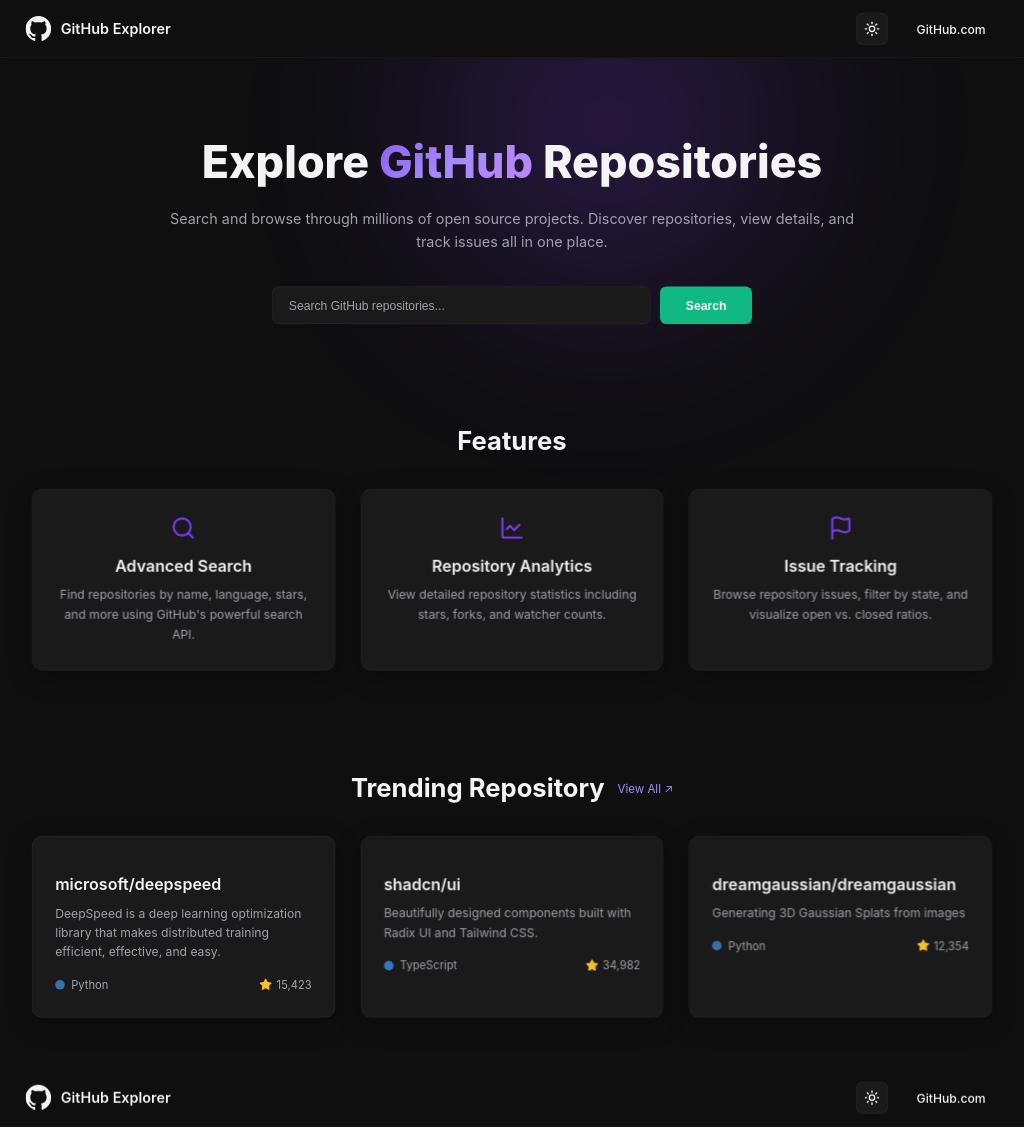
Repository: Tshenolo1994/username-repo
Page: /
The author's editor kept a copy of each file at every save. The page is drawn from the files as they stood at one save, then again after the next save.
The browser window is 1280 px wide. The pictures show the whole page, at 80% of full size.
The project was rebuilt for these pictures with package versions that can differ from the ones it lists, and the page was loaded fresh each time. Also part of the build but not shown: vite.config.ts, src/views/RepoView.vue.

Above is the page before, as saved 2025-10-27 00:58:22.

### index.html
<!doctype html>
<html lang="en">
  <head>
    <meta charset="UTF-8" />
    <link rel="icon" type="image/svg+xml" href="/vite.svg" />
    <meta name="viewport" content="width=device-width, initial-scale=1.0" />
    <title>commit-explorer</title>
  </head>
  <body>
    <div id="app"></div>
    <script type="module" src="/src/main.ts"></script>
  </body>
</html>

### src/main.ts
import { createApp } from 'vue'
import { createPinia } from 'pinia'
import App from './App.vue'
import router from './router'
import './styles/theme.css'

createApp(App)
  .use(createPinia())
  .use(router)
  .mount('#app')

### src/App.vue
<!-- App.vue or Layout.vue -->
<script setup>
import Header from '@/components/Header.vue';
import Footer from '@/components/Footer.vue';
</script>

<template>
  <div id="app">
    <Header />
    <main>
      <router-view />
    </main>
    <Footer />
  </div>
</template>

### src/router/index.ts
import { createRouter, createWebHistory } from 'vue-router'
import HomeView from '@/views/HomeView.vue'
import RepoView from '@/views/RepoView.vue'

const router = createRouter({
  history: createWebHistory(),
  routes: [
    { path: '/', name: 'home', component: HomeView },
    { path: '/repos/:username', name: 'repos', component: RepoView, props: true },
  ],
  scrollBehavior: () => ({ top: 0 }),
})

export default router

### src/styles/theme.css
:root {

    --bg: #0f0f10;
    --bg-elev: #1a1a1b;
    --text: #f4f4f5;
    --muted: #a1a1aa;
    --border: #27272a;
    --link: #7c3aed;
  }


  [data-theme="light"] {
    --bg: #f9fafb;
    --bg-elev: #ffffff;
    --text: #18181b;
    --muted: #52525b;
    --border: #e4e4e7;
    --link: #2563eb;
  }


  html, body, #app {
    margin: 0;
    padding: 0;
    background: var(--bg);
    color: var(--text);
    font-family: 'Inter', system-ui, sans-serif;
    transition: background 0.3s, color 0.3s;
  }


  h1, h2, h3 {
    line-height: 1.2;
    margin: 0;
  }
  p {
    margin: 0.25rem 0 0;
  }


  .card {
    background: var(--bg-elev);
    border: 1px solid var(--border);
    border-radius: 0.75rem;
    padding: 1rem;
    box-shadow: 0 1px 2px rgba(0,0,0,0.15);
  }

### src/components/Header.vue
<script setup lang="ts">
import { Sun, Moon } from 'lucide-vue-next';
import { useTheme } from '@/composables/useTheme';

const { isDark, toggleTheme } = useTheme();
</script>

<template>
  <header class="header">
    <div class="header-content">
      <div class="logo">
        <svg width="32" height="32" viewBox="0 0 16 16" fill="currentColor">
          <path d="M8 0C3.58 0 0 3.58 0 8c0 3.54 2.29 6.53 5.47 7.59.4.07.55-.17.55-.38 0-.19-.01-.82-.01-1.49-2.01.37-2.53-.49-2.69-.94-.09-.23-.48-.94-.82-1.13-.28-.15-.68-.52-.01-.53.63-.01 1.08.58 1.23.82.72 1.21 1.87.87 2.33.66.07-.52.28-.87.51-1.07-1.78-.2-3.64-.89-3.64-3.95 0-.87.31-1.59.82-2.15-.08-.2-.36-1.02.08-2.12 0 0 .67-.21 2.2.82.64-.18 1.32-.27 2-.27.68 0 1.36.09 2 .27 1.53-1.04 2.2-.82 2.2-.82.44 1.1.16 1.92.08 2.12.51.56.82 1.27.82 2.15 0 3.07-1.87 3.75-3.65 3.95.29.25.54.73.54 1.48 0 1.07-.01 1.93-.01 2.2 0 .21.15.46.55.38A8.013 8.013 0 0016 8c0-4.42-3.58-8-8-8z"/>
        </svg>
        <span class="logo-text">GitHub Explorer</span>
      </div>

      <nav class="nav">
        <button @click="toggleTheme" class="theme-toggle" :aria-label="isDark ? 'Switch to light mode' : 'Switch to dark mode'">
          <Sun v-if="isDark" :size="20" />
          <Moon v-else :size="20" />
        </button>
        <a href="https://github.com" target="_blank" rel="noreferrer" class="github-link">
          GitHub.com
        </a>
      </nav>
    </div>
  </header>
</template>

<style scoped>
.header {
  background: var(--bg);
  border-bottom: 1px solid var(--border);
  padding: 1rem 2rem;
  position: sticky;
  top: 0;
  z-index: 100;
  backdrop-filter: blur(8px);
  transition: background 0.3s, border-color 0.3s;
}

.header-content {
  max-width: 1400px;
  margin: 0 auto;
  display: flex;
  justify-content: space-between;
  align-items: center;
}

.logo {
  display: flex;
  align-items: center;
  gap: 0.75rem;
  color: var(--text);
  font-weight: 600;
  font-size: 1.125rem;
  cursor: pointer;
  transition: color 0.2s;
}

.logo:hover {
  color: var(--link);
}

.logo svg {
  flex-shrink: 0;
}

.logo-text {
  font-weight: 600;
}

.nav {
  display: flex;
  align-items: center;
  gap: 1.25rem;
}

.theme-toggle {
  background: var(--bg-elev);
  border: 1px solid var(--border);
  border-radius: 8px;
  width: 40px;
  height: 40px;
  display: flex;
  align-items: center;
  justify-content: center;
  cursor: pointer;
  color: var(--text);
  transition: all 0.2s;
}

.theme-toggle:hover {
  background: var(--border);
  transform: rotate(15deg);
}

.github-link {
  color: var(--text);
  text-decoration: none;
  font-size: 0.95rem;
  font-weight: 500;
  padding: 0.5rem 1rem;
  border-radius: 6px;
  transition: all 0.2s;
}

.github-link:hover {
  color: var(--link);
  background: var(--bg-elev);
}

@media (max-width: 640px) {
  .header {
    padding: 1rem;
  }

  .logo-text {
    display: none;
  }
}
</style>

### src/components/Footer.vue
<script setup lang="ts">
import { Sun, Moon } from 'lucide-vue-next';
import { useTheme } from '@/composables/useTheme';

const { isDark, toggleTheme } = useTheme();
</script>

<template>
  <header class="header">
    <div class="header-content">
      <div class="logo">
        <svg width="32" height="32" viewBox="0 0 16 16" fill="currentColor">
          <path d="M8 0C3.58 0 0 3.58 0 8c0 3.54 2.29 6.53 5.47 7.59.4.07.55-.17.55-.38 0-.19-.01-.82-.01-1.49-2.01.37-2.53-.49-2.69-.94-.09-.23-.48-.94-.82-1.13-.28-.15-.68-.52-.01-.53.63-.01 1.08.58 1.23.82.72 1.21 1.87.87 2.33.66.07-.52.28-.87.51-1.07-1.78-.2-3.64-.89-3.64-3.95 0-.87.31-1.59.82-2.15-.08-.2-.36-1.02.08-2.12 0 0 .67-.21 2.2.82.64-.18 1.32-.27 2-.27.68 0 1.36.09 2 .27 1.53-1.04 2.2-.82 2.2-.82.44 1.1.16 1.92.08 2.12.51.56.82 1.27.82 2.15 0 3.07-1.87 3.75-3.65 3.95.29.25.54.73.54 1.48 0 1.07-.01 1.93-.01 2.2 0 .21.15.46.55.38A8.013 8.013 0 0016 8c0-4.42-3.58-8-8-8z"/>
        </svg>
        <span class="logo-text">GitHub Explorer</span>
      </div>

      <nav class="nav">
        <button @click="toggleTheme" class="theme-toggle" :aria-label="isDark ? 'Switch to light mode' : 'Switch to dark mode'">
          <Sun v-if="isDark" :size="20" />
          <Moon v-else :size="20" />
        </button>
        <a href="https://github.com" target="_blank" rel="noreferrer" class="github-link">
          GitHub.com
        </a>
      </nav>
    </div>
  </header>
</template>

<style scoped>
.header {
  background: var(--bg);
  border-bottom: 1px solid var(--border);
  padding: 1rem 2rem;
  position: sticky;
  top: 0;
  z-index: 100;
  backdrop-filter: blur(8px);
  transition: background 0.3s, border-color 0.3s;
}

.header-content {
  max-width: 1400px;
  margin: 0 auto;
  display: flex;
  justify-content: space-between;
  align-items: center;
}

.logo {
  display: flex;
  align-items: center;
  gap: 0.75rem;
  color: var(--text);
  font-weight: 600;
  font-size: 1.125rem;
  cursor: pointer;
  transition: color 0.2s;
}

.logo:hover {
  color: var(--link);
}

.logo svg {
  flex-shrink: 0;
}

.logo-text {
  font-weight: 600;
}

.nav {
  display: flex;
  align-items: center;
  gap: 1.25rem;
}

.theme-toggle {
  background: var(--bg-elev);
  border: 1px solid var(--border);
  border-radius: 8px;
  width: 40px;
  height: 40px;
  display: flex;
  align-items: center;
  justify-content: center;
  cursor: pointer;
  color: var(--text);
  transition: all 0.2s;
}

.theme-toggle:hover {
  background: var(--border);
  transform: rotate(15deg);
}

.github-link {
  color: var(--text);
  text-decoration: none;
  font-size: 0.95rem;
  font-weight: 500;
  padding: 0.5rem 1rem;
  border-radius: 6px;
  transition: all 0.2s;
}

.github-link:hover {
  color: var(--link);
  background: var(--bg-elev);
}

@media (max-width: 640px) {
  .header {
    padding: 1rem;
  }

  .logo-text {
    display: none;
  }
}
</style>

### src/views/HomeView.vue
<script setup lang="ts">
import { ref } from "vue";
import { useRouter } from "vue-router";
import { Search, LineChart, Flag } from "lucide-vue-next";

// sample trending repos
const trendingRepos = ref([
  {
    id: 1,
    name: "microsoft/deepspeed",
    stars: 15423,
    description:
      "DeepSpeed is a deep learning optimization library that makes distributed training efficient, effective, and easy.",
    language: "Python",
  },
  {
    id: 2,
    name: "shadcn/ui",
    stars: 34982,
    description:
      "Beautifully designed components built with Radix UI and Tailwind CSS.",
    language: "TypeScript",
  },
  {
    id: 3,
    name: "dreamgaussian/dreamgaussian",
    stars: 12354,
    description: "Generating 3D Gaussian Splats from images",
    language: "Python",
  },
]);

const router = useRouter();
const username = ref("");

function search() {
  if (username.value.trim()) {
    router.push(`/repos/${username.value.trim()}`);
  }
}

function getLangColor(lang: string): string {
  const colors: Record<string, string> = {
    JavaScript: "#f1e05a",
    TypeScript: "#3178c6",
    Python: "#3572A5",
    Java: "#b07219",
    Go: "#00ADD8",
    Ruby: "#701516",
  };
  return colors[lang] || "#6e7681";
}
</script>

<template>
  <div class="home-page">
    <div class="gradient-ball"></div>

    <!-- Hero Section -->
    <section class="hero">
      <div class="hero-content">
        <h1 class="hero-title">
          Explore <span class="gradient-text">GitHub</span> Repositories
        </h1>
        <p class="hero-sub">
          Search and browse through millions of open source projects. Discover
          repositories, view details, and track issues all in one place.
        </p>

        <div class="search-box">
          <input
            v-model="username"
            placeholder="Search GitHub repositories..."
            class="search-input"
          />
          <button @click="search" class="search-btn">Search</button>
        </div>
      </div>
    </section>

    <!-- Features -->
    <section class="section">
      <div class="section-header">
        <h2>Features</h2>
      </div>

      <div class="grid">
        <div class="card glass">
          <Search class="icon" :size="32" />
          <h3>Advanced Search</h3>
          <p>
            Find repositories by name, language, stars, and more using GitHub's powerful search API.
          </p>
        </div>

        <div class="card glass">
          <LineChart class="icon" :size="32" />
          <h3>Repository Analytics</h3>
          <p>
            View detailed repository statistics including stars, forks, and watcher counts.
          </p>
        </div>

        <div class="card glass">
          <Flag class="icon" :size="32" />
          <h3>Issue Tracking</h3>
          <p>
            Browse repository issues, filter by state, and visualize open vs. closed ratios.
          </p>
        </div>
      </div>
    </section>

    <!-- Trending -->
    <section class="section">
      <div class="section-header">
        <h2>Trending Repository</h2>
        <a
          href="https://github.com/trending"
          target="_blank"
          rel="noreferrer"
          class="view-all"
        >
          View All ↗
        </a>
      </div>

      <div class="grid">
        <div
          v-for="repo in trendingRepos"
          :key="repo.id"
          class="card glass repo-card"
        >
          <h3 class="repo-name">{{ repo.name }}</h3>
          <p class="repo-desc">{{ repo.description }}</p>
          <div class="repo-meta">
            <div class="lang">
              <span
                class="dot"
                :style="{ backgroundColor: getLangColor(repo.language) }"
              ></span>
              <span>{{ repo.language }}</span>
            </div>
            <div class="stars">
              <svg
                class="star"
                fill="currentColor"
                viewBox="0 0 16 16"
              >
                <path
                  d="M8 .25a.75.75 0 01.673.418l1.882 3.815 4.21.612a.75.75 0 01.416 1.279l-3.046 2.97.719 4.192a.75.75 0 01-1.088.791L8 12.347l-3.766 1.98a.75.75 0 01-1.088-.79l.72-4.194L.818 6.374a.75.75 0 01.416-1.28l4.21-.611L7.327.668A.75.75 0 018 .25z"
                />
              </svg>
              {{ repo.stars.toLocaleString() }}
            </div>
          </div>
        </div>
      </div>
    </section>
  </div>
</template>

<style scoped>
.home-page {
  background: var(--bg);
  color: var(--text);
  min-height: 100vh;
  width: 100%;
  overflow-x: hidden;
  position: relative;
  transition: background 0.3s, color 0.3s;
}

.gradient-ball {
  position: absolute;
  top: -200px;
  left: 50%;
  transform: translateX(-50%);
  width: 600px;
  height: 600px;
  border-radius: 50%;
  background: radial-gradient(circle at center, var(--link) 0%, rgba(124, 58, 237, 0.6) 30%, transparent 70%);
  opacity: 0.3;
  filter: blur(100px);
  z-index: 0;
  animation: float 20s ease-in-out infinite;
  transition: background 0.3s;
}

@keyframes float {
  0%, 100% {
    transform: translate(-50%, 0) scale(1);
  }
  25% {
    transform: translate(-30%, -20px) scale(1.1);
  }
  50% {
    transform: translate(-70%, 20px) scale(0.9);
  }
  75% {
    transform: translate(-40%, -10px) scale(1.05);
  }
}

/* Hero Section */
.hero {
  padding: 6rem 2rem 4rem;
  position: relative;
  z-index: 10;
}

.hero-content {
  max-width: 900px;
  margin: 0 auto;
  text-align: center;
}

.hero-title {
  font-size: 3.5rem;
  font-weight: 800;
  margin-bottom: 1.5rem;
  line-height: 1.2;
}

.gradient-text {
  background: linear-gradient(135deg, #8b5cf6 0%, #a78bfa 50%, #c084fc 100%);
  -webkit-background-clip: text;
  -webkit-text-fill-color: transparent;
  background-clip: text;
}

.hero-sub {
  color: var(--muted);
  font-size: 1.125rem;
  margin-bottom: 2.5rem;
  line-height: 1.6;
}

.search-box {
  display: flex;
  justify-content: center;
  gap: 0.75rem;
  max-width: 600px;
  margin: 0 auto;
}

.search-input {
  padding: 0.875rem 1.25rem;
  border-radius: 8px;
  flex: 1;
  background: var(--bg-elev);
  color: var(--text);
  border: 1px solid var(--border);
  font-size: 0.95rem;
  transition: all 0.2s;
}

.search-input:focus {
  outline: none;
  border-color: var(--link);
  background: var(--bg-elev);
}

.search-input::placeholder {
  color: var(--muted);
}

.search-btn {
  background: #10b981;
  color: white;
  padding: 0.875rem 2rem;
  border-radius: 8px;
  font-weight: 600;
  cursor: pointer;
  border: none;
  font-size: 0.95rem;
  transition: all 0.2s;
}

.search-btn:hover {
  background: #059669;
  transform: translateY(-1px);
}

/* Shared Section Styling */
.section {
  padding: 4rem 2rem;
  position: relative;
  z-index: 10;
}

.section-header {
  display: flex;
  align-items: center;
  justify-content: center;
  gap: 1rem;
  margin-bottom: 2.5rem;
}

.section-header h2 {
  font-size: 2rem;
  font-weight: 700;
  color: var(--text);
}

.view-all {
  color: #a78bfa;
  font-size: 0.9rem;
  text-decoration: none;
  display: flex;
  align-items: center;
  gap: 0.25rem;
  transition: all 0.2s;
}

.view-all:hover {
  color: #c084fc;
  transform: translateX(2px);
}

/* Grid + Cards */
.grid {
  display: grid;
  grid-template-columns: repeat(3, 1fr);
  gap: 2rem;
  max-width: 1200px;
  margin: 0 auto;
}

@media (max-width: 980px) {
  .grid {
    grid-template-columns: 1fr;
  }
  .hero-title {
    font-size: 2.5rem;
  }
}

.card {
  padding: 2rem 1.75rem;
  border-radius: 12px;
  text-align: center;
  transition: all 0.3s ease;
}

.card:hover {
  transform: translateY(-6px);
}

/* Glass look */
.glass {
  background: var(--bg-elev);
  border: 1px solid var(--border);
  backdrop-filter: blur(12px);
  box-shadow: 0 8px 32px rgba(0, 0, 0, 0.3);
}

.card h3 {
  font-size: 1.25rem;
  font-weight: 600;
  margin: 1rem 0 0.75rem;
  color: var(--text);
}

.card p {
  color: var(--muted);
  font-size: 0.95rem;
  line-height: 1.6;
}

.icon {
  color: var(--link);
  margin: 0 auto;
}

/* Trending Repo cards */
.repo-card {
  text-align: left;
}

.repo-name {
  color: var(--link);
  font-weight: 600;
  font-size: 1.1rem;
  margin: 0 0 0.75rem 0;
  transition: color 0.2s;
}

.repo-card:hover .repo-name {
  color: var(--link);
  opacity: 0.8;
}

.repo-desc {
  color: var(--muted);
  font-size: 0.9rem;
  margin-bottom: 1.25rem;
  line-height: 1.5;
}

.repo-meta {
  display: flex;
  justify-content: space-between;
  align-items: center;
  font-size: 0.875rem;
  color: var(--muted);
}

.lang {
  display: flex;
  align-items: center;
}

.dot {
  display: inline-block;
  width: 12px;
  height: 12px;
  border-radius: 50%;
  margin-right: 0.5rem;
}

.stars {
  display: flex;
  align-items: center;
  gap: 0.35rem;
}

.star {
  width: 16px;
  height: 16px;
  color: #fbbf24;
}
</style>

### src/composables/useTheme.ts

import { ref, onMounted, watch } from 'vue';

const isDark = ref(true);

export function useTheme() {
  const toggleTheme = () => {
    isDark.value = !isDark.value;
    updateTheme();
  };

  const updateTheme = () => {
    if (isDark.value) {
      document.documentElement.removeAttribute('data-theme');
      localStorage.setItem('theme', 'dark');
    } else {
      document.documentElement.setAttribute('data-theme', 'light');
      localStorage.setItem('theme', 'light');
    }
  };

  const initTheme = () => {
    const savedTheme = localStorage.getItem('theme');
    if (savedTheme) {
      isDark.value = savedTheme === 'dark';
    } else {
      isDark.value = true;
    }
    updateTheme();
  };

  onMounted(() => {
    initTheme();
  });

  watch(isDark, updateTheme);

  return {
    isDark,
    toggleTheme,
  };
}
// import { ref, onMounted } from 'vue'

// type Theme = 'light' | 'dark'
// const KEY = 'commit-explorer:theme'
// const theme = ref<Theme>('dark')

// function apply(t: Theme) {
//   document.documentElement.dataset.theme = t
// }

// export function useTheme() {
//   onMounted(() => {
//     const saved = (localStorage.getItem(KEY) as Theme | null)
//     if (saved === 'light' || saved === 'dark') theme.value = saved
//     else if (window.matchMedia('(prefers-color-scheme: light)').matches)
//       theme.value = 'light'
//     apply(theme.value)
//   })
//   function toggleTheme() {
//     theme.value = theme.value === 'dark' ? 'light' : 'dark'
//     localStorage.setItem(KEY, theme.value)
//     apply(theme.value)
//   }
//   return { theme, toggleTheme }
// }

After the next save:
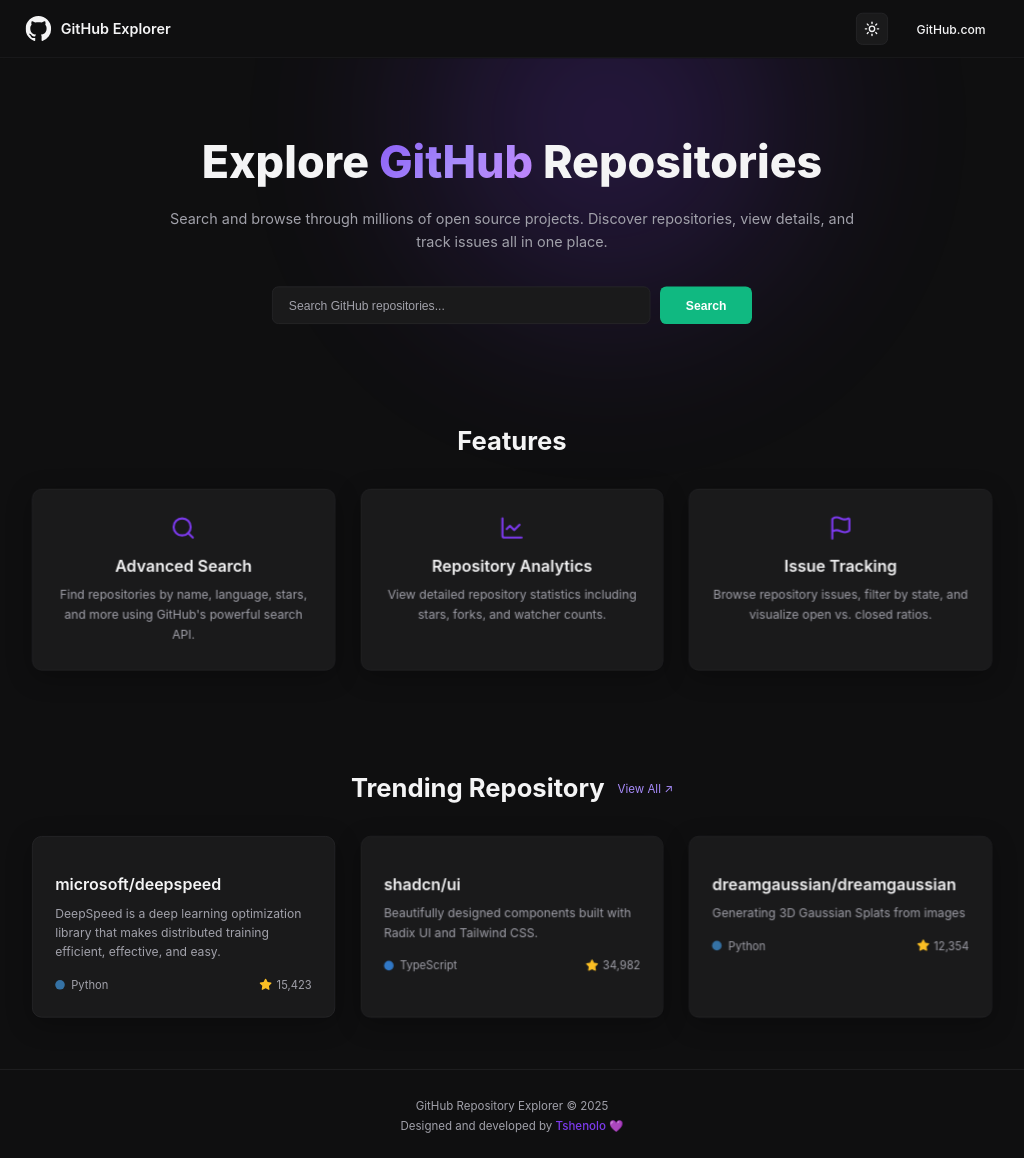
Saved 2 min 0 s later.
--- a/src/components/Footer.vue
+++ b/src/components/Footer.vue
@@ -1,123 +1,66 @@
 <script setup lang="ts">
-import { Sun, Moon } from 'lucide-vue-next';
-import { useTheme } from '@/composables/useTheme';
-
-const { isDark, toggleTheme } = useTheme();
+const currentYear = new Date().getFullYear();
 </script>
 
 <template>
-  <header class="header">
-    <div class="header-content">
-      <div class="logo">
-        <svg width="32" height="32" viewBox="0 0 16 16" fill="currentColor">
-          <path d="M8 0C3.58 0 0 3.58 0 8c0 3.54 2.29 6.53 5.47 7.59.4.07.55-.17.55-.38 0-.19-.01-.82-.01-1.49-2.01.37-2.53-.49-2.69-.94-.09-.23-.48-.94-.82-1.13-.28-.15-.68-.52-.01-.53.63-.01 1.08.58 1.23.82.72 1.21 1.87.87 2.33.66.07-.52.28-.87.51-1.07-1.78-.2-3.64-.89-3.64-3.95 0-.87.31-1.59.82-2.15-.08-.2-.36-1.02.08-2.12 0 0 .67-.21 2.2.82.64-.18 1.32-.27 2-.27.68 0 1.36.09 2 .27 1.53-1.04 2.2-.82 2.2-.82.44 1.1.16 1.92.08 2.12.51.56.82 1.27.82 2.15 0 3.07-1.87 3.75-3.65 3.95.29.25.54.73.54 1.48 0 1.07-.01 1.93-.01 2.2 0 .21.15.46.55.38A8.013 8.013 0 0016 8c0-4.42-3.58-8-8-8z"/>
-        </svg>
-        <span class="logo-text">GitHub Explorer</span>
-      </div>
-
-      <nav class="nav">
-        <button @click="toggleTheme" class="theme-toggle" :aria-label="isDark ? 'Switch to light mode' : 'Switch to dark mode'">
-          <Sun v-if="isDark" :size="20" />
-          <Moon v-else :size="20" />
-        </button>
-        <a href="https://github.com" target="_blank" rel="noreferrer" class="github-link">
-          GitHub.com
-        </a>
-      </nav>
+  <footer class="footer">
+    <div class="footer-content">
+      <p class="footer-text">
+        GitHub Repository Explorer © {{ currentYear }}
+      </p>
+      <p class="footer-credits">
+        Designed and developed by <a href="#" class="footer-link">Tshenolo</a> 💜
+      </p>
     </div>
-  </header>
+  </footer>
 </template>
 
 <style scoped>
-.header {
+.footer {
   background: var(--bg);
-  border-bottom: 1px solid var(--border);
-  padding: 1rem 2rem;
-  position: sticky;
-  top: 0;
-  z-index: 100;
-  backdrop-filter: blur(8px);
+  border-top: 1px solid var(--border);
+  padding: 2rem;
+  margin-top: auto;
   transition: background 0.3s, border-color 0.3s;
 }
 
-.header-content {
+.footer-content {
   max-width: 1400px;
   margin: 0 auto;
-  display: flex;
-  justify-content: space-between;
-  align-items: center;
+  text-align: center;
 }
 
-.logo {
-  display: flex;
-  align-items: center;
-  gap: 0.75rem;
-  color: var(--text);
-  font-weight: 600;
-  font-size: 1.125rem;
-  cursor: pointer;
-  transition: color 0.2s;
+.footer-text {
+  color: var(--muted);
+  font-size: 0.9rem;
+  margin-bottom: 0.5rem;
 }
 
-.logo:hover {
-  color: var(--link);
+.footer-credits {
+  color: var(--muted);
+  font-size: 0.9rem;
+  margin: 0;
 }
 
-.logo svg {
-  flex-shrink: 0;
+.footer-link {
+  color: var(--link);
+  text-decoration: none;
+  font-weight: 500;
+  transition: opacity 0.2s;
 }
 
-.logo-text {
-  font-weight: 600;
-}
-
-.nav {
-  display: flex;
-  align-items: center;
-  gap: 1.25rem;
-}
-
-.theme-toggle {
-  background: var(--bg-elev);
-  border: 1px solid var(--border);
-  border-radius: 8px;
-  width: 40px;
-  height: 40px;
-  display: flex;
-  align-items: center;
-  justify-content: center;
-  cursor: pointer;
-  color: var(--text);
-  transition: all 0.2s;
-}
-
-.theme-toggle:hover {
-  background: var(--border);
-  transform: rotate(15deg);
-}
-
-.github-link {
-  color: var(--text);
-  text-decoration: none;
-  font-size: 0.95rem;
-  font-weight: 500;
-  padding: 0.5rem 1rem;
-  border-radius: 6px;
-  transition: all 0.2s;
-}
-
-.github-link:hover {
-  color: var(--link);
-  background: var(--bg-elev);
+.footer-link:hover {
+  opacity: 0.8;
 }
 
 @media (max-width: 640px) {
-  .header {
-    padding: 1rem;
+  .footer {
+    padding: 1.5rem 1rem;
   }
 
-  .logo-text {
-    display: none;
+  .footer-text,
+  .footer-credits {
+    font-size: 0.85rem;
   }
 }
 </style>
